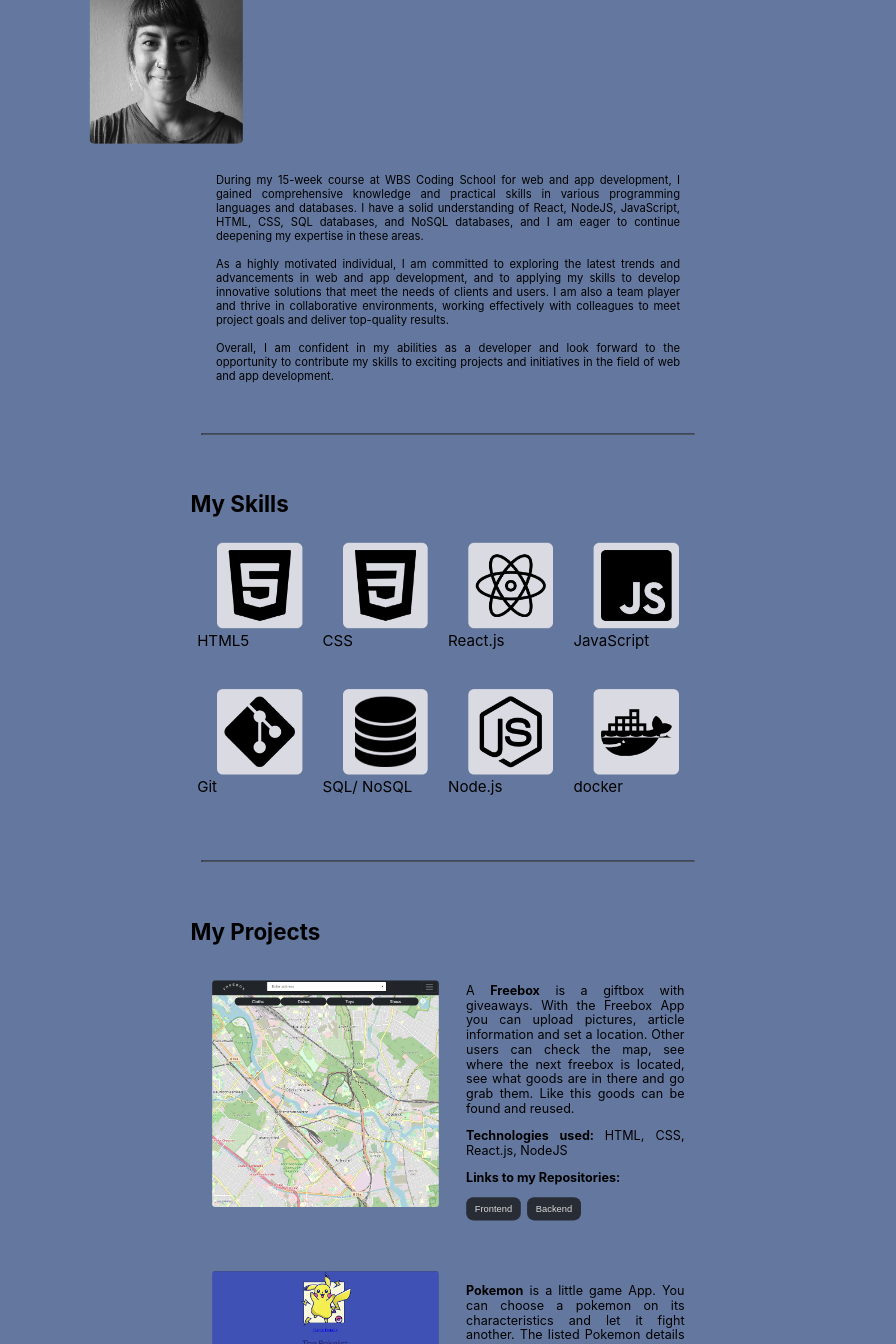
Repository: tiliax/linde-bethge
Page: /
An editor plug-in stored every save of this project. The page is shown before and after a run of saves, followed by the edit.
The browser window is 1280 px wide. The pictures show the part of the page from y = 789 to 2709 px (the page is 3422 px tall before and 3265 px after), at 70% of full size.
The project was rebuilt for these pictures with package versions that can differ from the ones it lists, and the page was loaded fresh each time.

Above is the page before, as saved 2023-03-17 17:00:41.

After the next 2 saves:
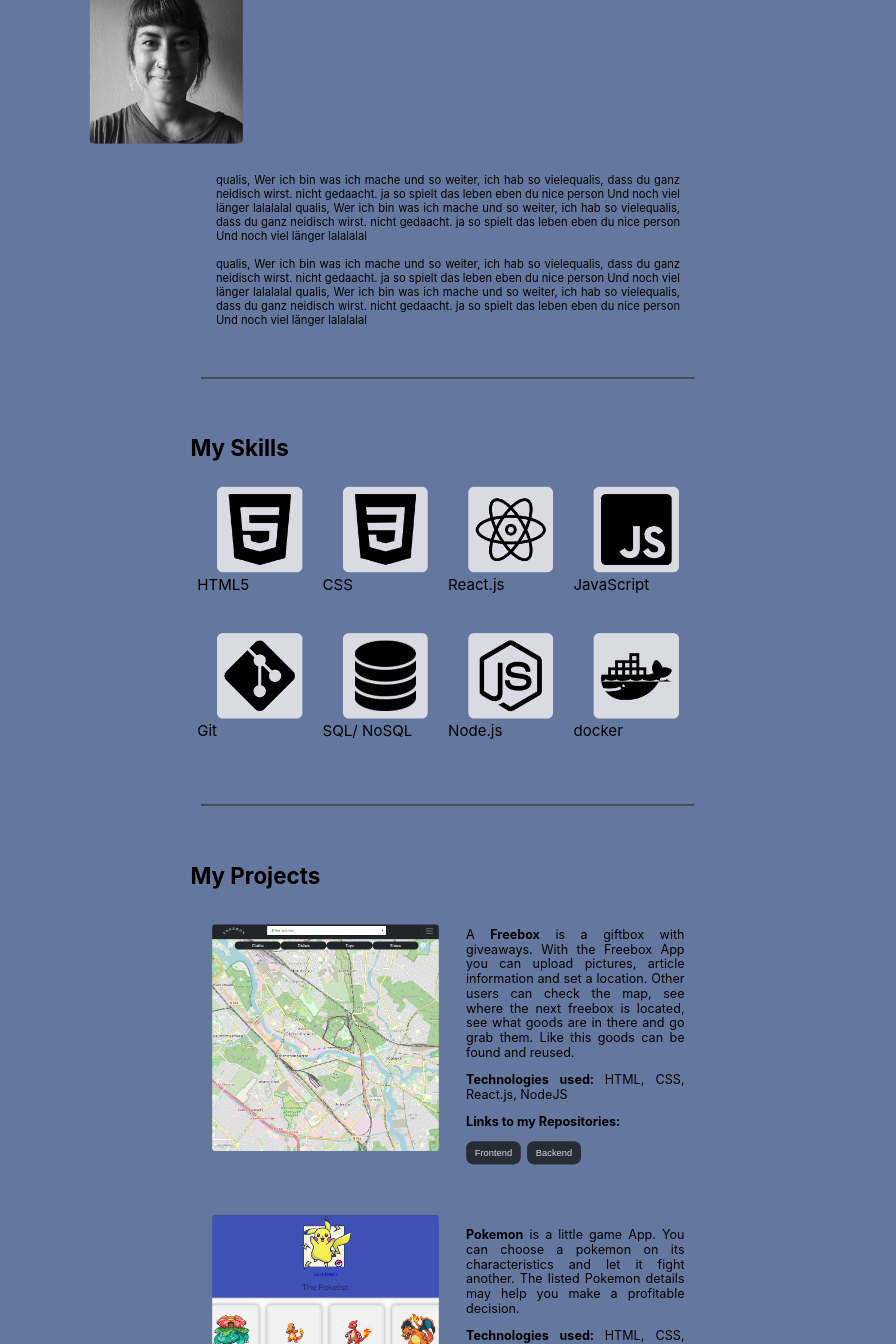
The 2 saves are shown as one change because they came seconds apart.
The last was saved 14 s later.
--- a/src/Components/Main.js
+++ b/src/Components/Main.js
@@ -1,3 +1,5 @@
+import { Route, Routes, Link } from "react-router-dom"
+
 import HOMEIMAGE from './images/computerarbeit.jpg'
 import myProfil from './images/myProfilSW.jpg'
 import HTML from './images/html.png'
@@ -35,11 +37,9 @@
 
             {/* //ABOUT ME// */}
             <div id='aboutme' className="aboutme">
-                <h1 >About me</h1>
+                <h1>About me</h1>
                 <img src={myProfil} alt="myProfil" />
-                <p>During my 15-week course at WBS Coding School for web and app development, I gained comprehensive knowledge and practical skills in various programming languages and databases. I have a solid understanding of React, NodeJS, JavaScript, HTML, CSS, SQL databases, and NoSQL databases, and I am eager to continue deepening my expertise in these areas.<br/> <br/>
-                As a highly motivated individual, I am committed to exploring the latest trends and advancements in web and app development, and to applying my skills to develop innovative solutions that meet the needs of clients and users. I am also a team player and thrive in collaborative environments, working effectively with colleagues to meet project goals and deliver top-quality results.<br/> <br/>
-                Overall, I am confident in my abilities as a developer and look forward to the opportunity to contribute my skills to exciting projects and initiatives in the field of web and app development.</p>
+                <p> qualis, Wer ich bin was ich mache und so weiter, ich hab so vielequalis, dass du ganz neidisch wirst. nicht gedaacht. ja so spielt das leben eben du nice person Und noch viel länger lalalalal qualis, Wer ich bin was ich mache und so weiter, ich hab so vielequalis, dass du ganz neidisch wirst. nicht gedaacht. ja so spielt das leben eben du nice person Und noch viel länger lalalalal <br /> <br /> qualis, Wer ich bin was ich mache und so weiter, ich hab so vielequalis, dass du ganz neidisch wirst. nicht gedaacht. ja so spielt das leben eben du nice person Und noch viel länger lalalalal qualis, Wer ich bin was ich mache und so weiter, ich hab so vielequalis, dass du ganz neidisch wirst. nicht gedaacht. ja so spielt das leben eben du nice person Und noch viel länger lalalalal</p>
             </div>
             <hr />
 
@@ -124,7 +124,7 @@
             <div id='contact' className="contact">
                 <h1>Contact</h1>
                 <div className='contactinfo'>
-                    <p>For any enquiries or just to say hello, get in touch and contact me!</p>
+                    <p>For any enquiries, or just to say hello, get in touch an contact me!</p>
                     <br />
                     <div className='contacticons'>
                         <a href="https://www.linkedin.com/in/linde-bethge/" target="_blank"><img className='icon' src={LINKEDIN} alt="linkedin" /></a>
@@ -133,10 +133,14 @@
                     </div>
                 </div>
             </div>
-            <hr id='footer'/>
+            <hr />
             <div className="footer">
                 <a href="#">Impressum</a>
                 <a href="#">Datenschutz</a>
+                {/* <a href="https://www.melis-augsburger.de/datenschutz/" target="_blank">Datenschutz</a> */}
+
+
+
             </div>
 
         </div>
